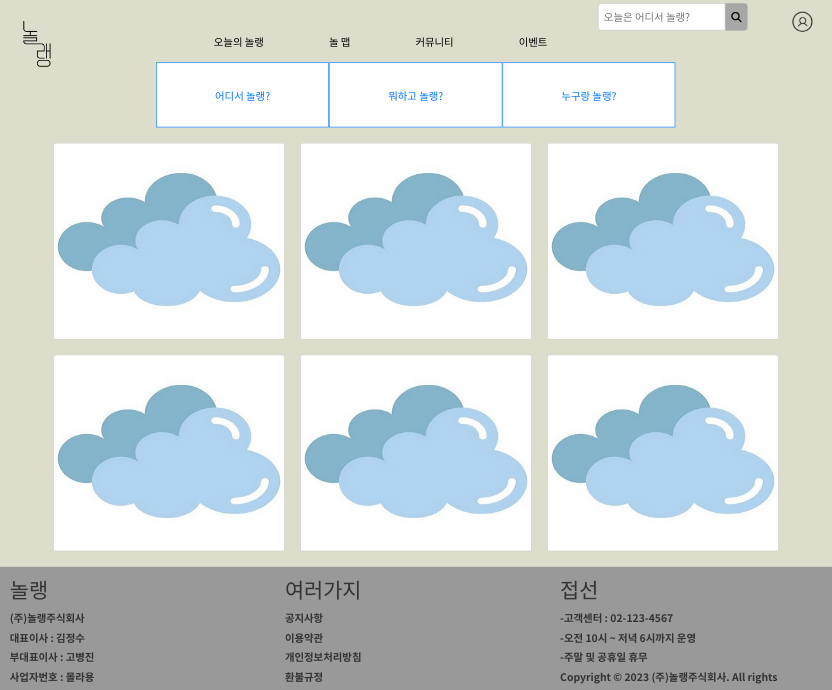
Repository: rrqrw/-
Page: http://localhost/noll_project/who/who1.jsp
These files come from the project's save history. The page is drawn as it stood at one moment and after the next save; the edit follows.
The browser window is 1280 px wide. The pictures show the whole page, at 65% of full size.
Some web fonts or font styles are not loaded; a fallback is used. Some web libraries are served in a nearby version. The page is served by Tomcat 9. Other server files are loaded and not shown.

Above is the page before, as saved 2023-12-12 10:49:15.

### noll_project/src/main/webapp/who/who1.jsp
<%@ page language="java" contentType="text/html; charset=UTF-8"
    pageEncoding="UTF-8"%>
<%@ taglib uri="http://java.sun.com/jsp/jstl/core" prefix="c" %>
<%@ taglib uri="http://java.sun.com/jsp/jstl/fmt" prefix="fmt" %>
<!DOCTYPE html>
<html lang="en">
<head>
  <meta charset="UTF-8">
  <meta name="viewport" content="width=device-width, initial-scale=1.0">
  <title>Document</title>
  <link rel="stylesheet"  href="../resources/css/bootstrap.css">
  <link rel="stylesheet" href="../resources/css/style.css">
 <script src="https://kit.fontawesome.com/7c6041109a.js" crossorigin="anonymous"></script>
  <link href="https://fonts.googleapis.com/css2?family=Black+Han+Sans&family=Nanum+Gothic+Coding:wght@700&family=Nanum+Pen+Script&family=Noto+Sans+KR&display=swap" rel="stylesheet">
</head>
<body>
<jsp:include page="../header.jsp" />
  <div class="container">
    <div class="menu">
    <ul>
      <li><a href="../who/who1.jsp">어디서 놀랭?</a></li>
      <li><a href="../who/who2.jsp">뭐하고 놀랭?</a></li>
      <li><a href="../who/who3.jsp">누구랑 놀랭?</a></li>
    </ul>
  </div>
    <div class="row my-4">
      <div class="col-4">
        <div class="card" >
          <a href="../insta/index.html"><img src="../resources/images/img1.jpg" class="card-img-top" alt="..."></a>

        </div>
      </div>
      <div class="col-4">
        <div class="card" >
          <img src="../resources/images/img1.jpg" class="card-img-top" alt="...">

        </div>
      </div>
      <div class="col-4">
        <div class="card" >
          <img src="../resources/images/img1.jpg" class="card-img-top" alt="...">

        </div>
      </div>
    </div>
    <div class="row my-4">
      <div class="col-4">
        <div class="card" >
          <img src="../resources/images/img1.jpg" class="card-img-top" alt="...">

        </div>
      </div>
      <div class="col-4">
        <div class="card" >
          <img src="../resources/images/img1.jpg" class="card-img-top" alt="...">

        </div>
      </div>
      <div class="col-4">
        <div class="card" >
          <img src="../resources/images/img1.jpg" class="card-img-top" alt="...">

        </div>
      </div>
    </div>
  </div>
  <jsp:include page="../footer.jsp" />
</body>
</html>

### noll_project/src/main/webapp/header.jsp
<%@ page language="java" contentType="text/html; charset=UTF-8"
    pageEncoding="UTF-8"%>
<!DOCTYPE html>
<html lang="en">
<head>
  <meta charset="UTF-8">
  <meta name="viewport" content="width=device-width, initial-scale=1.0">
  <title>상단 메뉴(nav bar)</title>
  <link rel="stylesheet" href="resources/css/style.css">
  <script src="https://kit.fontawesome.com/7c6041109a.js" crossorigin="anonymous"></script>
  <script src="https://code.jquery.com/jquery-3.7.1.js" integrity="sha256-eKhayi8LEQwp4NKxN+CfCh+3qOVUtJn3QNZ0TciWLP4=" crossorigin="anonymous"></script>
  <!-- defer, async 아래 html을 다읽고 외부 js를 읽게 (지연) 해줌 -->
</head>
<body>
  <nav class="navbar">
    <div class="navbar_logo">
      <a href="#"><img src="../resources/images/logo.png" alt="로고" style="width: 80px;"></a>
    </div>
    <ul class="navbar_menu">
      <li><a href="">오늘의 놀랭</a></li>
      <li><a href="">놀 맵</a></li>
      <li><a href="">커뮤니티</a></li>
      <li><a href="">이벤트</a></li>
    </ul>
    <a href="#" class="navbar_toggleBtn">
      <i class="fa-solid fa-bars"></i>
    </a>

    <div id="search">
      <form action="#" method="get">
          <input type="text" placeholder="오늘은 어디서 놀랭?" id="search_input">
          <button type="submit"><i class="fas fa-search"></i></button>
      </form>
    </div>
  <div id="login">
     <a href="#"><img src="../resources/images/login.png" alt="로그인"></a>
  </div>
  </nav>
</body>
</html>

### noll_project/src/main/webapp/footer.jsp
<%@ page language="java" contentType="text/html; charset=UTF-8"
    pageEncoding="UTF-8"%>
<footer class="footer_cell">
      <div class="footer_info">
         <div class="footer_cell">
            <h2 class="footer_h">놀랭</h2>
            <ul class="footer_u">
               <li>(주)놀랭주식회사</li>
               <li>대표이사 : 김정수</li>
               <li>부대표이사 : 고병진</li>
               <li>사업자번호 : 몰라용</li>
            </ul>
         </div>
         <div class="footer_cell">
            <h2 class="footer_h">여러가지</h2>
            <ul class="footer_u">
               <!-- 나중에 링크 넣어서 바로 넘어갈 수 있도록 생각 -->
               <li><a href="#">공지사항</a></li>
               <li><a href="#">이용약관</a></li>
               <li><a href="#">개인정보처리방침</a></li>
               <li><a href="#">환불규정</a></li>
            </ul>
         </div>
         <div class="footer_cell">
            <h2 class="footer_h">접선</h2>
            <ul class="footer_u">
               <li>-고객센터 : 02-123-4567</li>
               <li>-오전 10시 ~ 저녁 6시까지 운영</li>
               <li>-주말 및 공휴일 휴무</li>
               <li>Copyright © 2023 (주)놀랭주식회사. All rights</li>
            </ul>
         </div>
      </div>
   </footer>

### noll_project/src/main/webapp/resources/css/style.css
@charset "UTF-8";
*{
	font-family: 'Noto Sans KR', sans-serif;
}
body{
	background: #ddddcc;
}
/* header 스타일 */
a{
  text-decoration: none;
  color: black;
}

/* pc 기준 */
.navbar{
  display: flex;
  justify-content: space-between;
  align-items: center;
}

.navbar_logo{
  width: 80px;
  height: 80px;
  font-size: 24px;
  padding-left: 20px;
  padding-top: 20px;
}

.navbar_menu{
  display: flex;
  list-style: none;
   margin-right: 10%;
  padding-top: 30px;
  padding-left: 0;
}

#login {
  position: top;
  padding-bottom: 30px;
  padding-right: 30px;
}

.navbar_menu li a{padding: 8px 50px;}
.navbar_toggleBtn{
  font-size: 24px;
  position: absolute;
  right: 30px;
  display: none;
}

/* 검색바 스타일 */
#search {
  position: absolute;
  top: 5px;
  right: 130px; /* 조정 가능한 우측 간격 */
}

/* 검색바 스타일 */
#search form {
  display: flex;
}

#search_input {
  padding: 8px;
  border: 1px solid #ccc;
  border-radius: 5px 0 0 5px;
}

#search button {
  padding: 8px;
  background-color: rgb(167, 167, 167);
  border: 1px solid rgb(167, 167, 167);
  border-radius: 0 5px 5px 0;
  color: black;
  cursor: pointer;
}

#search button:hover {
  background-color: rgb(128, 128, 128);
 }

/* 테블릿 기준 */
@media screen and (max-width: 1100px){
  .navbar_menu{
    padding-right: 60px;
  }
  .navbar_menu li{
    padding-top: 10px;
    display: flex;
  }
  .navbar_toggleBtn{
    font-size: 24px;
    position: absolute;
    right: 30px;
    top: 20px;
  }

  /* 검색바 스타일 */
#search {
  position: absolute;
  top: 5px;
  right: 130px; /* 조정 가능한 우측 간격 */
}

#search form {
  display: flex;
}

#search_input {
  padding: 8px;
  border: 1px solid #ccc;
  border-radius: 5px 0 0 5px;
}

#search button {
  padding: 8px;
  background-color: rgb(167, 167, 167);
  border: 1px solid rgb(167, 167, 167);
  border-radius: 0 5px 5px 0;
  color: black;
  cursor: pointer;
}

#search button:hover {
  background-color: rgb(128, 128, 128);
 }

 .navbar_toggleBtn{
  font-size: 24px;
  position: absolute;
  right: 30px;
  top: 40px;
 }

 #login{
  position: absolute;
  top: 5px;
  right: 10px;
 }
}


/* 모바일 기준 */
@media screen and (max-width: 768px){
  .navbar{
    flex-direction: column;
    align-items: flex-start;
    padding: 8px 20px;
  }

  .navbar_menu{
    /* align-items: center;  */
    width: 100%;
    padding-top: 10px;
    /* justify-content: flex-end; */
    align-items: flex-end;
  }

 /* 햄버거 메뉴 스타일 */
 .navbar_toggleBtn{
  font-size: 24px;
  position: absolute;
  right: 30px;
  top: 40px;
 }
  .navbar_menu li{
    padding-top: 5px;
  }

  .navbar_toggleBtn{
    display: block;
  }

  #login{
    position: absolute;
    top: 40px;
    right: 45px;
  }


/* 검색바 스타일 */
#search {
  position: absolute;
  top: 40px;
  right: 130px; /* 조정 가능한 우측 간격 */
}

#search form {
  display: flex;
}

#search_input {
  width: 50px;
  padding: 8px;
  border: 1px solid #ccc;
  border-radius: 5px 0 0 5px;
}

#search button {
  padding: 8px;
  background-color: rgb(167, 167, 167);
  border: 1px solid rgb(167, 167, 167);
  border-radius: 0 5px 5px 0;
  color: black;
  cursor: pointer;
}

#search button:hover {
  background-color: rgb(128, 128, 128);
 }
}
/* footer 스타일 */
footer .footer_cell { height: 180px;}

.footer_info {
  display: flex;
  justify-content: space-between;
  padding: 5px;
  background-color: #999999;
}


.footer_cell {
  flex: 1
  ;
  text-align: left;
  color: rgb(51, 51, 51);
  font-weight: bold;
}

.footer_cell li a {
  color: rgb(51, 51, 51);
  font-weight: bold;
  text-decoration: none;
}

.footer_h {
  margin: 10px;
}

.footer_u {
  margin: 10px;
  line-height: 30px;
}



/* general */

ul,li {
  margin: 0;
  padding: 0;
  list-style-type: none;
  list-style-position: inside;
}
footer p {
  margin-top: 18px;
  font-size: 11px;
  color: #c7c7c7;
  line-height: 18px;
}
.pic {
  border-radius: 100%;
}
span.userID {
  margin-right: 5px;
}
span.sub-span {
  font-size: 12px;
  color: #8e8e8e;
}
span.point-span {
  font-weight: 500;
  font-size: 14px;
  color: #262626;
}

/* main */
main {
  width: 960px;
  margin: 0 auto;
  padding-top: 94px;
  padding-bottom: 40px;
}
.main-right {
  width: 310px;
  display: inline-block;
  position: fixed;
  top: 94px;
}
.feeds {
  width: 614px;
  margin-right: 34px;
  display: inline-block;
}
article, .section-story, .section-recommend {
  background-color: #fff;
  border-radius: 3px;
  border: 1px solid #DBDBDB;
}
article {
  margin-bottom: 60px;
}
.section-story, .section-recommend {
  width: 310px;
  padding: 14px 16px;
  overflow-y: hidden;
}
.section-story {
  height: 212px;
  margin-bottom: 20px;
}
.section-recommend {
  height: 180px;
}
/* article */
header {
  height: 60px;
  padding: 0 16px;
  display: flex;
  align-items: center;
  justify-content: space-between;
}
.profile-of-article {
  display: flex;
  align-items: center;
}
.img-profile {
  width: 32px;
  height: 32px;
  border: 1px solid #fafafa;
  border-radius: 100%;
}
.main-image img {
  width: 612px;
}
.main-id {
  margin-left: 14px;
}
.icon-more {
  justify-self: end;
}
.icons-react {
  height: 40px;
  padding: 0 16px;
  display: flex;
  align-items: center;
  justify-content: space-between;
}
.icon-react {
  width: 24px;
  height: 24px;
}
.icons-left {
  display: flex;
  align-items: center;
}
.icons-left .icon-react {
  margin-right: 12px;
}
/* article text data */
.reaction {
  padding: 0 16px;
}
.liked-people {
  display: flex;
  align-items: center;
  height: 18px;
  margin: 2px 0 8px 0;
}
.liked-people img {
  display: inline-block;
  margin-right: 4px;
  width: 20px;
  height: 20px;
  border: 1px solid #fafafa;
}
.liked-people p {
  display: inline-block;
  color: #262626;
  font-size: 14px;
}
.description {
  display: flex;
  align-items: center;
  height: 18px;
}
span.at-tag {
  color: #00376B;
}
ul.comments {
  margin-top: 5px;
}
ul.comments li {
  height: 21px;
  display: flex;
  justify-content: space-between;
  color: #262626;
  font-size: 14px;
}
img.comment-heart {
  width: 12px;
  height: 12px;
}
div.time-log {
  margin-bottom: 8px;
}
div.time-log span {
  height: 18px;
  font-size: 12px;
  color: #8e8e8e;
}
.hl {
  border-top: 1px solid #DBDBDB;
  width: 612px;
}
/* comment input */
.input-comment {
  font-size: 14px;
  width: 560px;
  height: 18px;
  padding: 28px 16px;
  border-style: none;
  box-sizing: border-box;
  color: #262626;
}
.input-comment:focus {
outline: none;
}
.input-comment::placeholder {
  color: #8e8e8e;
}
button.submit-comment {
  color: #0095f6;
  background-color: #fff;
  border-style: none;
  height: 40px;
  width: 40px;
  padding: 4px;
  font-size: 14px;
  font-weight: 600;
}
.submit-comment:disabled {
  color: #B9DFFC;
}
button.submit-comment:focus {
  outline: none;
}

/* story & recommendation */
.menu-title {
  display: flex;
  justify-content: space-between;
  align-items: center;
  margin-bottom: 14px;
}
.sub-title {
  font-size: 14px;
  color: #8e8e8e;
  font-weight: 600;
}
.find-more {
  font-size: 12px;
  font-weight: 600;
  color: #262626;
}
.story-list li, .recommend-list li {
  display: flex;
  align-items: flex-start;
}
ul.story-list img.story {
  box-sizing: content-box;
  border: 2px solid #fff;
}
div.gradient-wrap {
  width: 40px;
  height: 40px;
  display: flex;
  justify-content: center;
  align-items: center;
  border-radius: 100%;
  background: radial-gradient(circle at bottom left, #F58529 20%, #C42D91);
}
ul.story-list .profile-text {
  margin-top: 3px;
}
.profile-text {
  display: inline-block;
  margin: 0 0 10px 8px;
}
.profile-text span {
  display: block;
}
.profile-text span.userID {
  margin-bottom: 2px;
}
.recommend-list li {
  display: flex;
  justify-content: space-between;
  align-items: flex-start;
}
.btn-follow {
  padding-top: 7px;
  color: #0095f6;
  font-weight: 600;
  font-size: 12px;
}
.recommend-friend-profile {
  display: flex;
  align-items: flex-start;
}

/*who*/
.container ul li{
  list-style: none;

}
.container ul li a{
  text-decoration: none;
  color: rgb(0, 119, 255);
}
.menu{
  width: 800px;
  height: 100px;
  border-radius: 30%;
  margin: 0 auto;
}
.menu ul li{
  float: left;
  width: 33.3%;
  height: 100px;
  line-height: 100px;
  vertical-align: middle;
  text-align: center;
  background: white;
  border: 1px solid rgb(0, 119, 255);
}
.menu ul li a{
  display: block;
}
.menu ul li a:hover{
  background:rgb(0, 119, 255);
  color: white;
}
.card img{
  width: 100%px;
  height: 300px;
}

Loaded but not shown: noll_project/src/main/webapp/resources/css/bootstrap.css (library)

After the next save:
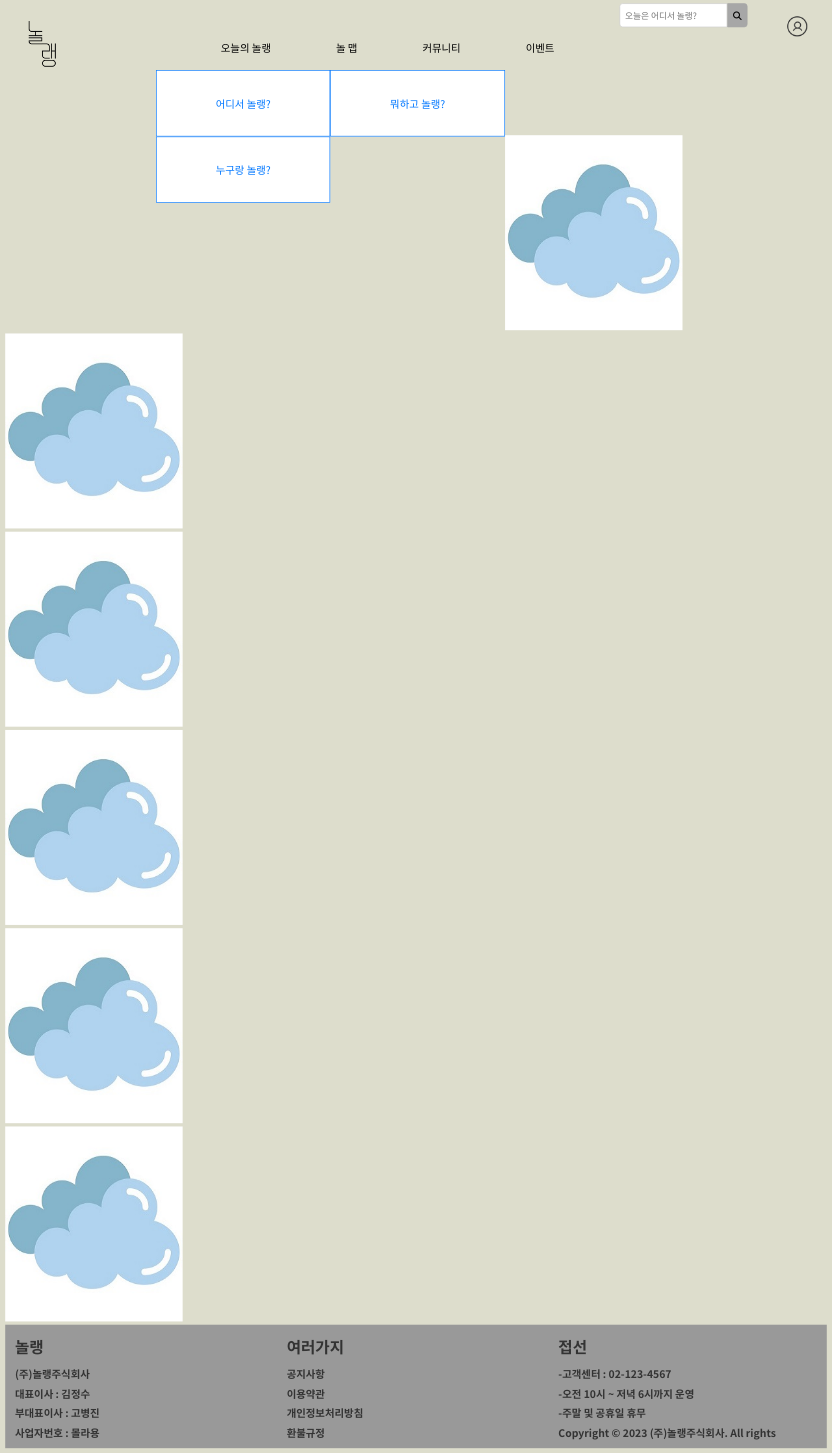
Saved 47 s later.
--- a/noll_project/src/main/webapp/who/who1.jsp
+++ b/noll_project/src/main/webapp/who/who1.jsp
@@ -8,7 +8,7 @@
   <meta charset="UTF-8">
   <meta name="viewport" content="width=device-width, initial-scale=1.0">
   <title>Document</title>
-  <link rel="stylesheet"  href="../resources/css/bootstrap.css">
+
   <link rel="stylesheet" href="../resources/css/style.css">
  <script src="https://kit.fontawesome.com/7c6041109a.js" crossorigin="anonymous"></script>
   <link href="https://fonts.googleapis.com/css2?family=Black+Han+Sans&family=Nanum+Gothic+Coding:wght@700&family=Nanum+Pen+Script&family=Noto+Sans+KR&display=swap" rel="stylesheet">
